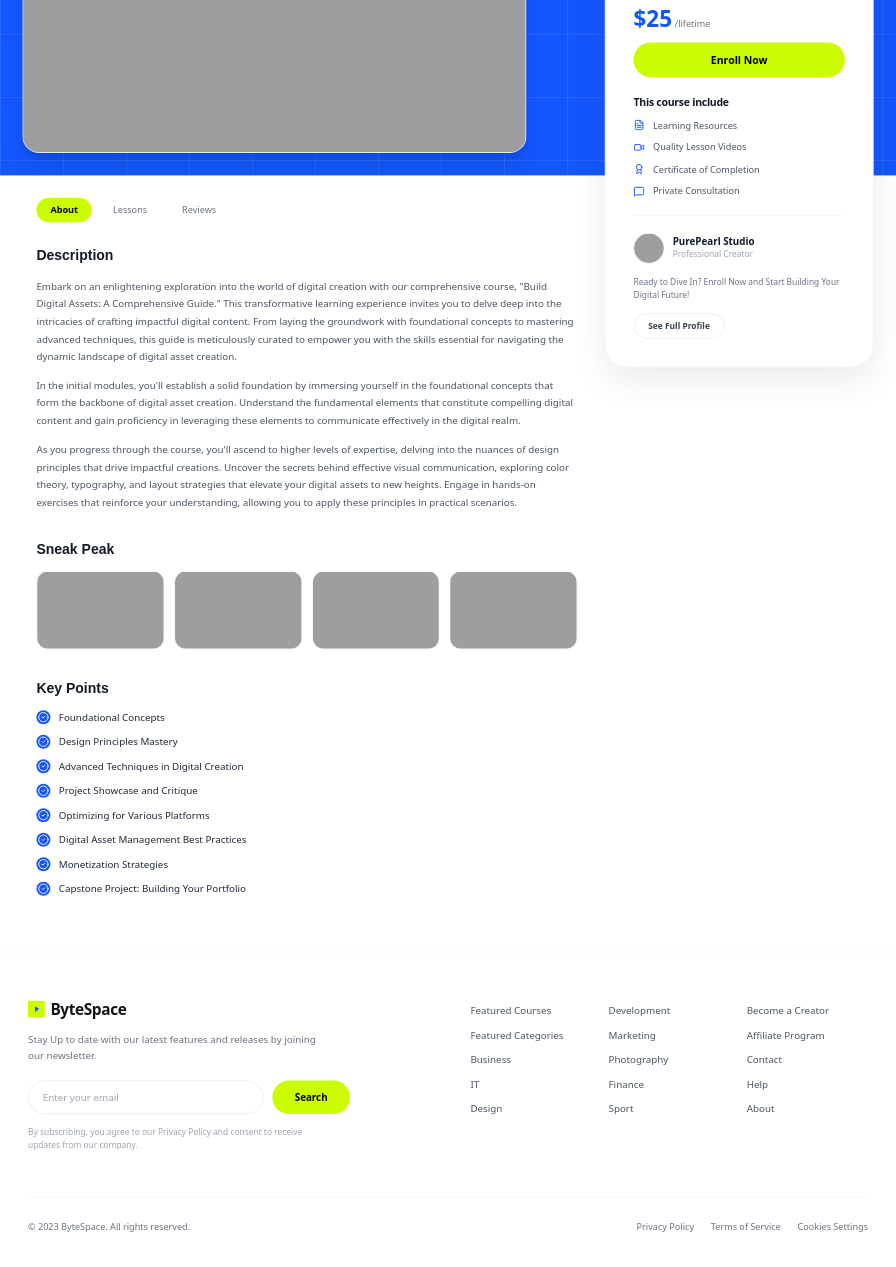
Repository: mdkawsarjomadder/bytespace
Page: /courses
An editor plug-in stored every save of this project. The page is shown before and after the next save, followed by the edit.
The browser window is 1280 px wide. The pictures show the part of the page from y = 582 to 2502 px (the page is 2392 px tall before and 2698 px after), at 70% of full size.
Pictures or frames that could not be fetched are drawn as grey boxes. Some web fonts or font styles are not loaded; a fallback is used. The project was rebuilt for these pictures with package versions that can differ from the ones it lists, and the page was loaded fresh each time. Also part of the build but not shown: vite.config.js, src/components/Navbar.jsx, src/components/Hero.jsx, src/components/CategoryPills.jsx, src/components/CourseGrid.jsx, src/components/LearningPaths.jsx, src/components/GrowthStats.jsx, src/components/CreatorCTA.jsx and 5 more.

Above is the page before, as saved 2026-09-30 11:32:51.

After the next save:
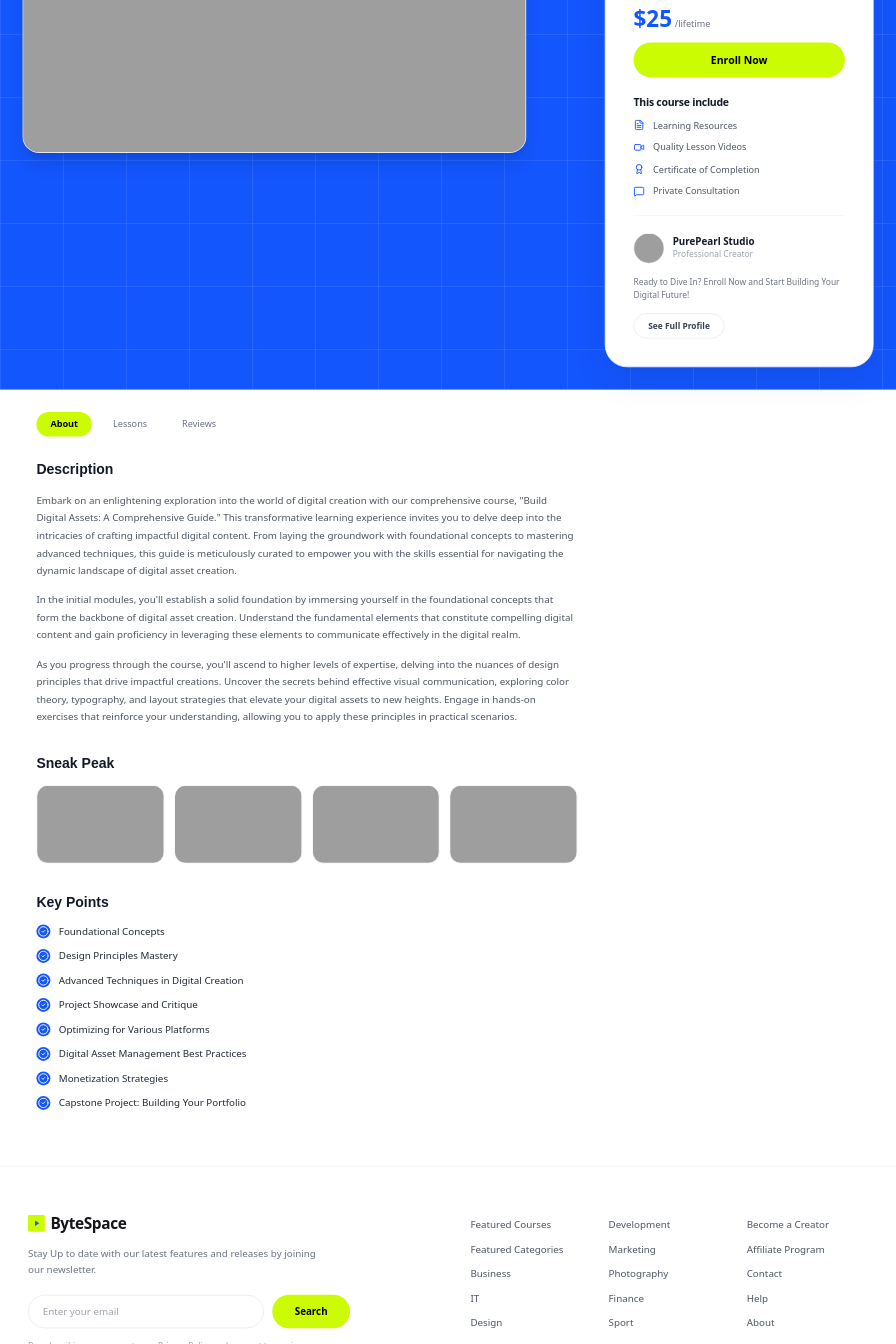
Saved 6 s later.
--- a/src/pages/CourseDetails.jsx
+++ b/src/pages/CourseDetails.jsx
@@ -135,7 +135,7 @@
             </div>
 
             {/* Right: EXACT FIGMA SIDEBAR (Width 412px: Inner 332px + 40px Padding each side, Height 879px Hug) */}
-            <div className="lg:col-span-4 relative z-30 -mb-96 flex justify-center lg:justify-end">
+            <div className="lg:col-span-4 relative z-30 -mb-90 flex justify-center lg:justify-end">
               <div className="w-full max-w-[412px] bg-white rounded-[32px] p-10 shadow-[0_20px_50px_rgba(0,0,0,0.08)] border border-gray-100 flex flex-col gap-6 text-left shrink-0">
 
                 {/* 1. Lessons Syllabus */}

After the save that followed:
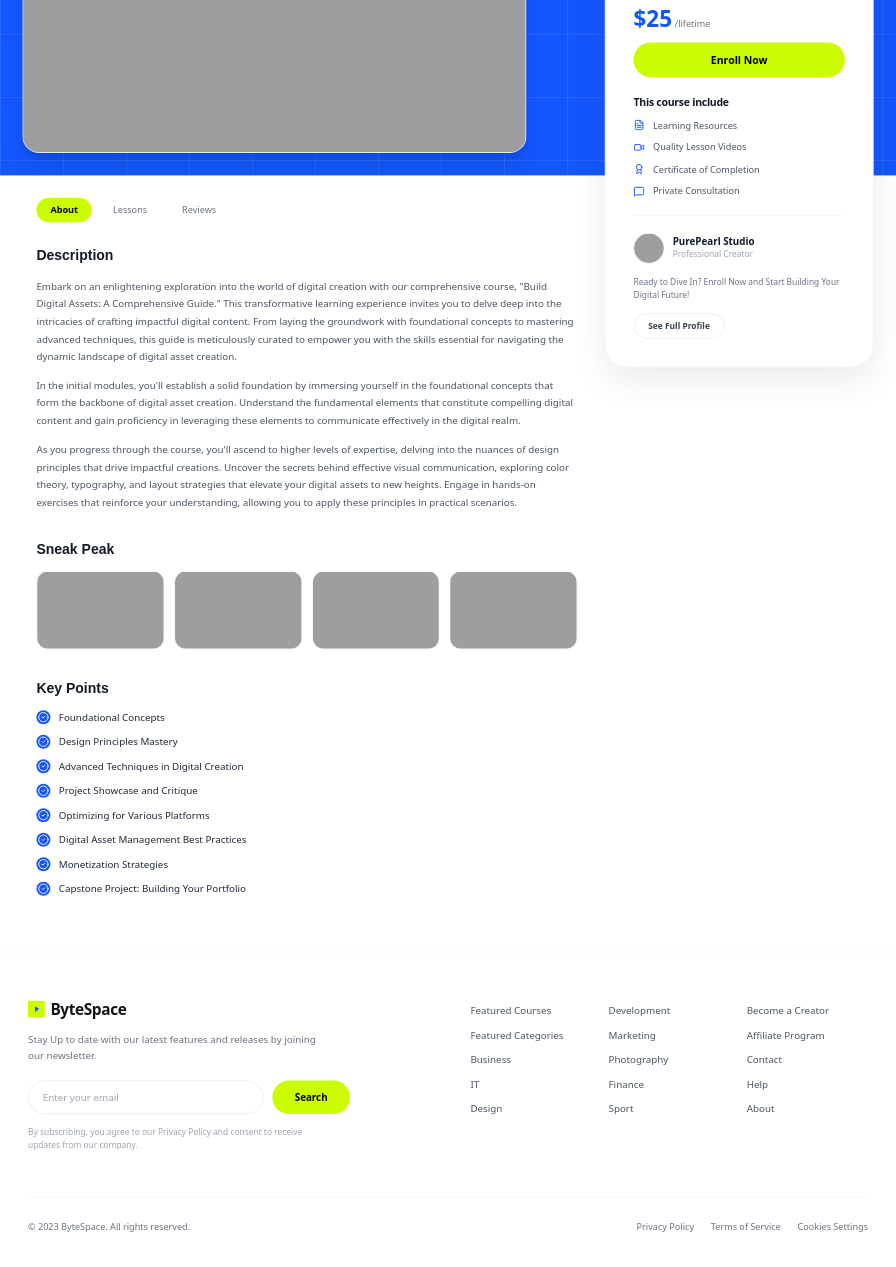
Saved 5 s later.
--- a/src/pages/CourseDetails.jsx
+++ b/src/pages/CourseDetails.jsx
@@ -135,7 +135,7 @@
             </div>
 
             {/* Right: EXACT FIGMA SIDEBAR (Width 412px: Inner 332px + 40px Padding each side, Height 879px Hug) */}
-            <div className="lg:col-span-4 relative z-30 -mb-90 flex justify-center lg:justify-end">
+            <div className="lg:col-span-4 relative z-30 -mb-96 flex justify-center lg:justify-end">
               <div className="w-full max-w-[412px] bg-white rounded-[32px] p-10 shadow-[0_20px_50px_rgba(0,0,0,0.08)] border border-gray-100 flex flex-col gap-6 text-left shrink-0">
 
                 {/* 1. Lessons Syllabus */}
